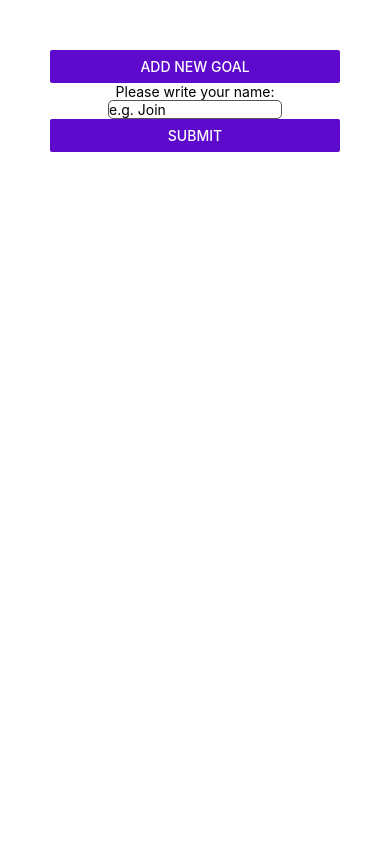
Repository: ntu34543/React-Native-Example1
Screen: /
An editor plug-in stored every save of this project. The screen is shown before and after a run of saves, followed by the edit.
The app was drawn by React Native's web renderer in a window 390 px wide. The project was rebuilt for these pictures with package versions that can differ from the ones it lists, and the page was loaded fresh each time. Also part of the build but not shown: components/Goalltem.js.

Above is the screen before, as saved 2022-09-12 15:41:50.

After the next 3 saves:
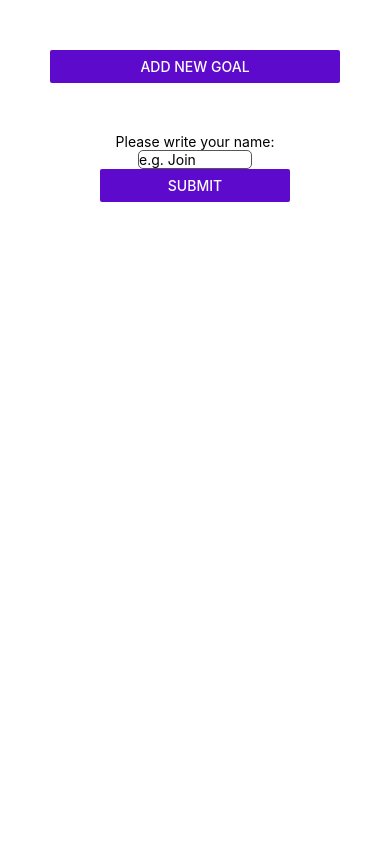
The 3 saves are shown as one change because they came seconds apart.
The last was saved 7 s later.
--- a/App.js
+++ b/App.js
@@ -54,7 +54,7 @@
           color="#5e0acc"
           onPress={startAddGoalHandler}
         />
-        <View>
+        <View style={styles.container}>
           <Text style={styles.text}>Please write your name:</Text>
           <TextInput
             style={styles.input}

After the save that followed:
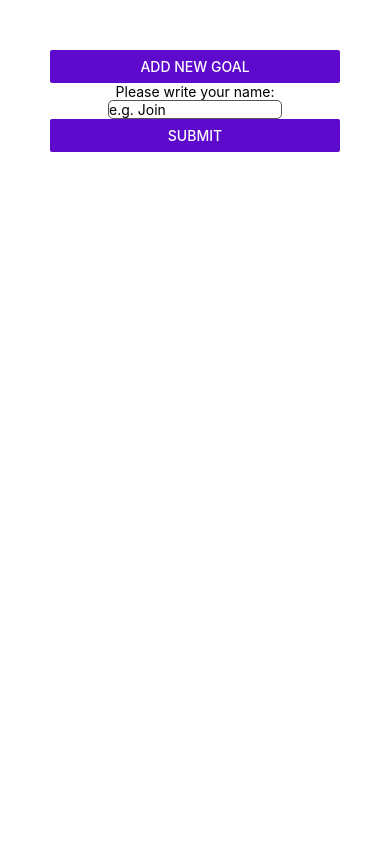
Saved 14 s later.
--- a/App.js
+++ b/App.js
@@ -54,7 +54,7 @@
           color="#5e0acc"
           onPress={startAddGoalHandler}
         />
-        <View style={styles.container}>
+        <View style={styles.body}>
           <Text style={styles.text}>Please write your name:</Text>
           <TextInput
             style={styles.input}
